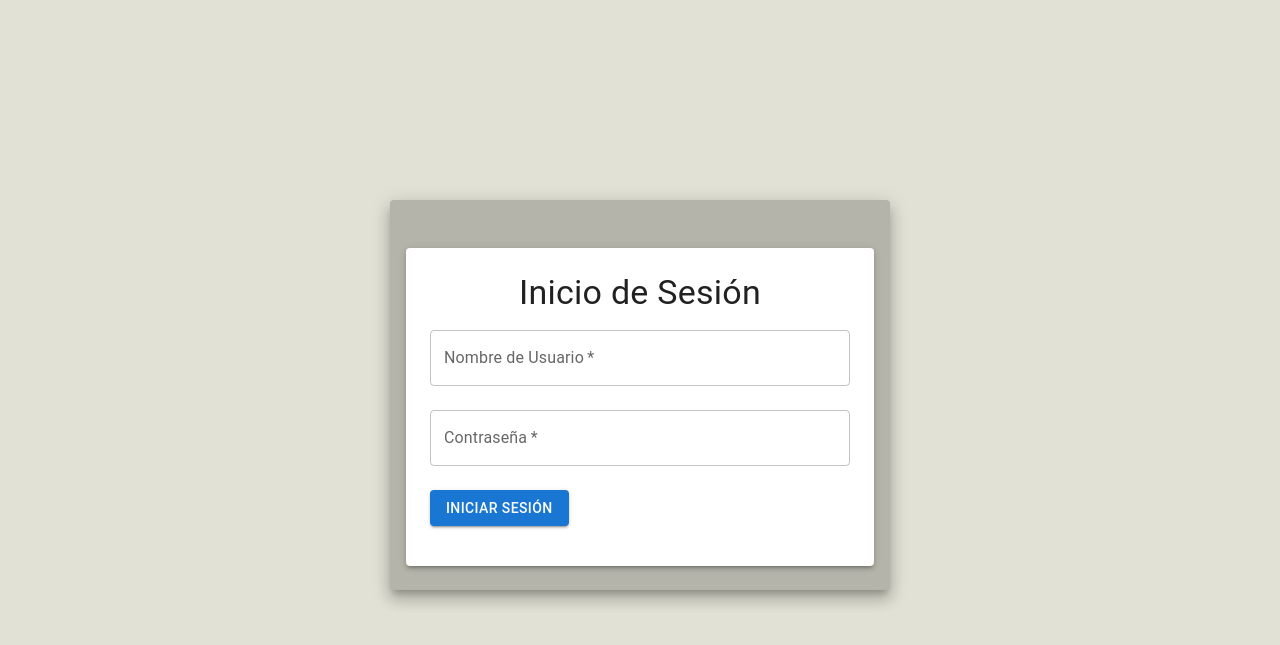
Repository: Mpablom/usuarioCaC-integrador-final-front
Page: /
The author's editor kept a copy of each file at every save. The page is drawn from the files as they stood at one save, then again after the next save.
The browser window is 1280 px wide. The pictures show the whole page.
The project was rebuilt for these pictures with package versions that can differ from the ones it lists, and the page was loaded fresh each time. Also part of the build but not shown: vite.config.ts, src/components/UsuariosTable.tsx.

Above is the page before, as saved 2024-07-11 00:34:55.

### src/App.tsx
// App.tsx (o donde configures tus rutas)
import React from 'react';
import {
  BrowserRouter as Router,
  Route,
  Routes,
  Navigate,
} from 'react-router-dom';
import Login from './components/Login'; // Componente de inicio de sesión
import UsuariosTable from './components/UsuariosTable'; // Componente de la tabla de usuarios

const App: React.FC = () => {
  return (
    <Router>
      <Routes>
        <Route path="/login" element={<Login />} />
        <Route path="/usuarios" element={<UsuariosTable />} />
        <Route path="/" element={<Navigate to="/login" />} />
      </Routes>
    </Router>
  );
};

export default App;

### src/index.css
 :root {
  font-family: system-ui, -apple-system, BlinkMacSystemFont, 'Segoe UI', Roboto;
  line-height: 1.5;
  /* font-weight: 400; */

  color-scheme: light dark;
  color: rgba(255, 255, 255, 0.87);
  background-color: #E1E1D5;

  font-synthesis: none;
  text-rendering: optimizeLegibility;
  -webkit-font-smoothing: antialiased;
  -moz-osx-font-smoothing: grayscale;
}
Card{
  background-color: #B4B4AA;
}
/*
a {
  font-weight: 500;
  color: #646cff;
  text-decoration: inherit;
}
a:hover {
  color: #535bf2;
}

body {
  margin: 0;
  display: flex;
  place-items: center;
  min-width: 320px;
  min-height: 100vh;
}

h1 {
  font-size: 3.2em;
  line-height: 1.1;
  color: #1a1a1a;
}

button {
  border-radius: 8px;
  border: 1px solid transparent;
  padding: 0.6em 1.2em;
  font-size: 1em;
  font-weight: 500;
  font-family: inherit;
  background-color: #1a1a1a;
  cursor: pointer;
  transition: border-color 0.25s;
}
button:hover {
  border-color: #646cff;
}
button:focus,
button:focus-visible {
  outline: 4px auto -webkit-focus-ring-color;
}

@media (prefers-color-scheme: light) {
  :root {
    color: #213547;
    background-color: #ffffff;
  }
  a:hover {
    color: #747bff;
  }
  button {
    background-color: #f9f9f9;
  }
}
 */

### src/components/Login.tsx
import {
  Button,
  Card,
  CardContent,
  CardHeader,
  Container,
  TextField,
  Typography,
} from "@mui/material";
import { login } from "../axios/UsuarioApi";
import { useState } from "react";
import { useNavigate } from "react-router-dom";

const Login: React.FC = () => {
  const [username, setUsername] = useState("");
  const [password, setPassword] = useState("");
  const [error, setError] = useState("");
  const navigate = useNavigate();
  const handleLogin = async (event: React.FormEvent<HTMLFormElement>) => {
    event.preventDefault();
    setError("");
    try {
      const response = await login({ username, password });
      if (response.message === "Autenticación exitosa") {
        navigate("/usuarios");
      }
    } catch (error) {
      setError("Error al iniciar sesión");
    }
  };
  return (
    <Card
      sx={{
        maxWidth: 500,
        margin: "auto",
        boxShadow: "10",
        mt: '200px',
        bgcolor: "#B4B4AA",
      }}
    >
      <CardHeader />
      <CardContent>
        <Container sx={{ bgcolor: "#FFFFFF", p: 3, boxShadow: 3, borderRadius: 1 }}>
          <Typography variant="h4" component="h1" textAlign={"center"}>
            Inicio de Sesión
          </Typography>
          <form onSubmit={handleLogin}>
            <TextField
              label="Nombre de Usuario"
              variant="outlined"
              fullWidth
              margin="normal"
              value={username}
              onChange={(e) => setUsername(e.target.value)}
              required
            />
            <TextField
              label="Contraseña"
              variant="outlined"
              fullWidth
              margin="normal"
              type="password"
              value={password}
              onChange={(e) => setPassword(e.target.value)}
              required
            />
            {error && (
              <Typography color="error" variant="body2">
                {error}
              </Typography>
            )}
            <Button type="submit" variant="contained" color="primary" sx={{ alignItems: "center",my: 2 }}>
              Iniciar Sesión
            </Button>
          </form>
        </Container>
      </CardContent>
    </Card>
  );
};

export default Login;

### src/axios/UsuarioApi.ts
import api from './Api';
import { Usuario, UsuarioLogin } from '../models/UsuarioModel';

export const getUsuarios = async (): Promise<Usuario[]> => {
  const response = await api.get('/usuarios');
  return response.data;
};

export const getUsuarioById = async (id: number): Promise<Usuario> => {
  const response = await api.get(`/usuarios/${id}`);
  return response.data;
};

export const createUsuario = async (usuario: Usuario): Promise<void> => {
  const response = await api.post('/usuarios', usuario);
  return response.data;
};

export const updateUsuario = async (id: number, usuario: Usuario): Promise<void> => {
  const response = await api.put(`/usuarios/${id}`, usuario);
  return response.data;
};

export const deleteUsuario = async (id: number): Promise<void> => {
  const response = await api.delete(`/usuarios/${id}`);
  return response.data;
};

export const restoreUsuario = async (id: number): Promise<void> => {
  const response = await api.patch(`/usuarios/${id}`);
  return response.data;
};
export const login = async (usuarioLogin: UsuarioLogin): Promise<Usuario> => {
    try {
        const response = await api.post(`/usuarios/login`, usuarioLogin);
        return response.data as Usuario; // Asegúrate de que response.data sea del tipo Usuario
    } catch (error) {
        if (error instanceof Error) {
            throw new Error(`Error al iniciar sesión: ${error.message}`);
        } else {
            throw new Error(`Error al iniciar sesión: Error desconocido`);
        }
    }
  }

### src/axios/api.ts
import axios from 'axios';

const api = axios.create({
  baseURL: 'http://localhost:8080',
  headers: {
    'Content-Type': 'application/json',
  },
});

export default api;

Loaded but not shown: index.html (common file); src/main.tsx (common file)

After the next save:
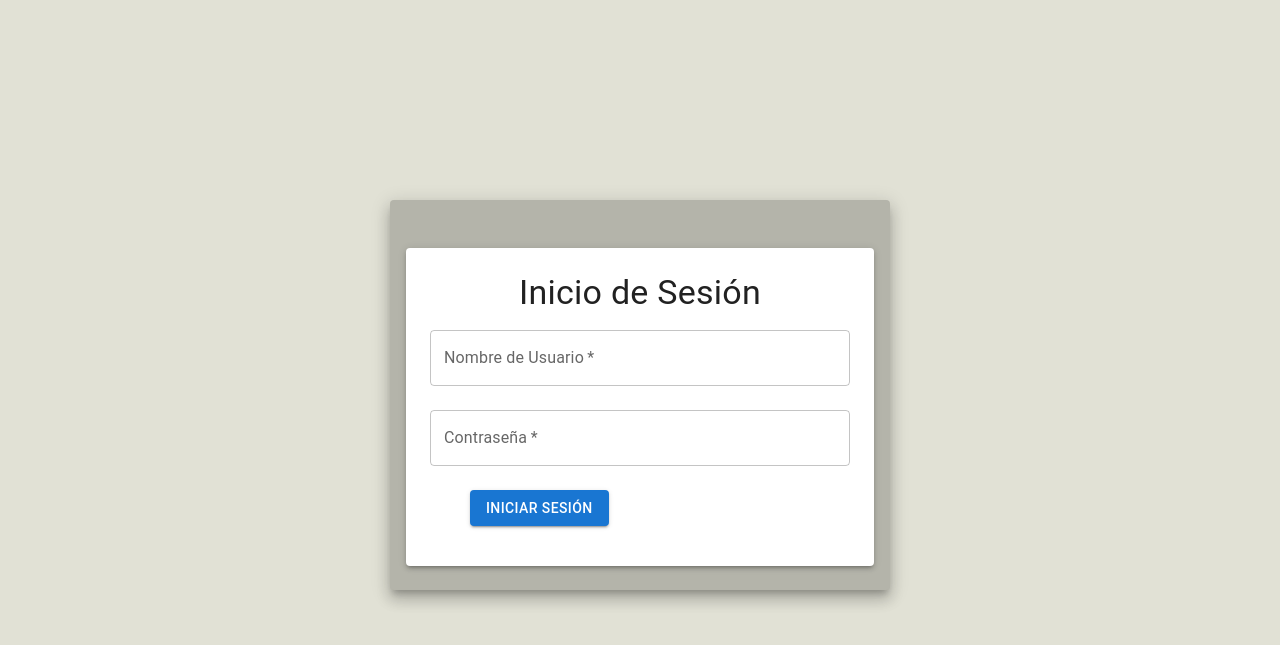
Saved 22 s later.
--- a/src/components/Login.tsx
+++ b/src/components/Login.tsx
@@ -69,7 +69,7 @@ const Login: React.FC = () => {
                 {error}
               </Typography>
             )}
-            <Button type="submit" variant="contained" color="primary" sx={{ alignItems: "center",my: 2 }}>
+            <Button type="submit" variant="contained" color="primary" sx={{ ml:5,my: 2 }}>
               Iniciar Sesión
             </Button>
           </form>
